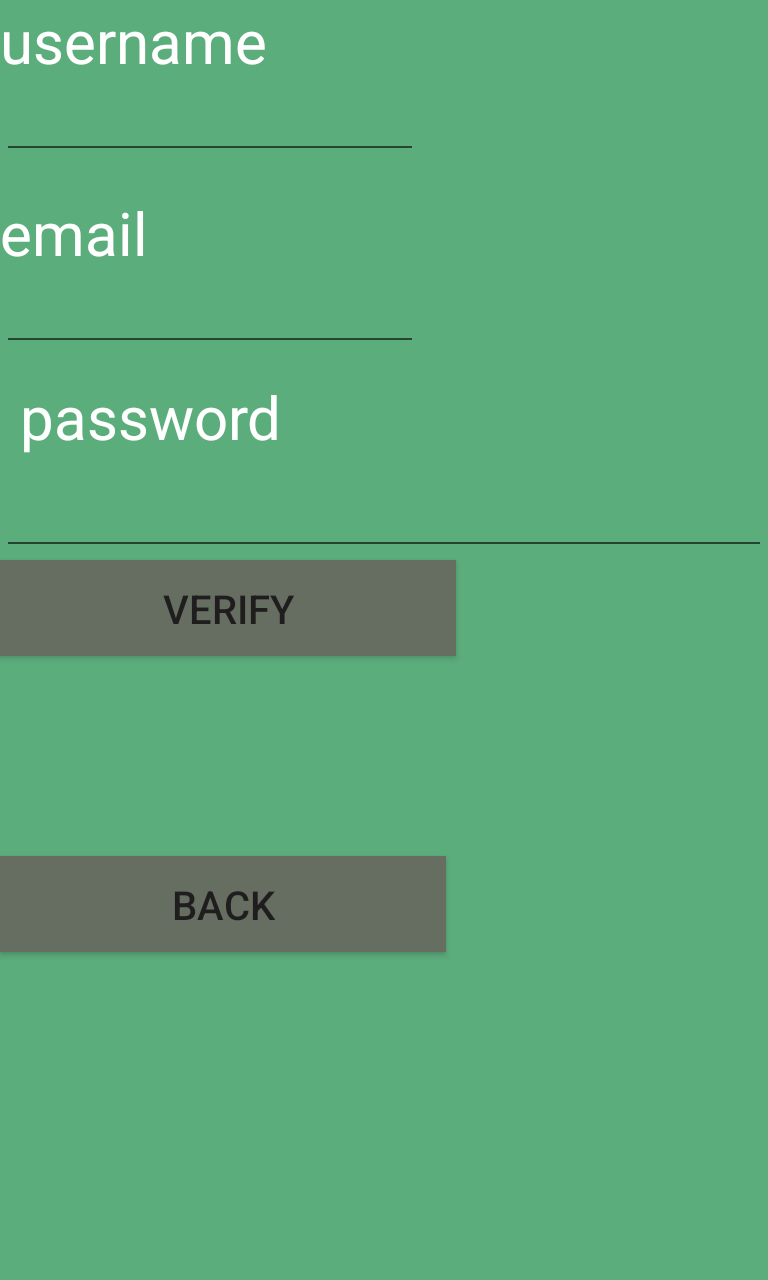
Repository: janemuthoni/icon
Layout: Exam/res/layout/login.xml
These files come from the project's save history. The layout is drawn as it stood at one moment and after the next save; the edit follows.
It is drawn on a 768 x 1280 px phone screen (xhdpi) without system bars, with theme AppTheme; the app's code is not run.

Above is the layout before, as saved 2014-08-07 08:36:17.

### Exam/res/layout/login.xml
<?xml version="1.0" encoding="utf-8"?>
<LinearLayout xmlns:android="http://schemas.android.com/apk/res/android"
    android:layout_width="match_parent"
    android:layout_height="match_parent"
    android:orientation="vertical"
    android:background="@color/cyan">
     <TextView
           android:id="@+id/username"
           android:layout_width="wrap_content"
           android:layout_height="wrap_content"
           android:text="@string/Username"
           android:textSize="30sp"
           android:textColor="@color/white" />

       <EditText
           android:id="@+id/editText2"
           android:layout_width="wrap_content"
           android:layout_height="wrap_content"
           android:ems="10"
           android:inputType="textPersonName" />

       <TextView
           android:id="@+id/email"
           android:text="@string/email"
           android:textColor="@color/white"
           android:layout_width="wrap_content"
           android:layout_height="wrap_content"
           android:layout_marginTop="14dp"
           android:textSize="30sp" />

       <EditText
           android:id="@+id/editText4"
           android:layout_width="wrap_content"
           android:layout_height="wrap_content"
           android:ems="10"
           android:inputType="textEmailAddress" />

   <TextView
     android:id="@+id/password"
     android:layout_width="wrap_content"
     android:layout_height="wrap_content"
     android:text="@string/password"
     android:textSize="30sp"
     android:textColor="@color/white"
     android:layout_margin="10dp"/>

      <EditText
     android:id="@+id/editText1"
     android:layout_width="match_parent"
     android:layout_height="wrap_content"
     android:ems="10"
     android:inputType="textPassword" />

      <Button
          android:id="@+id/buttonverify"
          android:layout_width="228dp"
          android:layout_height="wrap_content"
          android:text="@string/buttonverify"
          android:textColor="@color/black"
          android:textSize="20sp"
          android:background="@color/darkgrey"/>

      <Button
          android:id="@+id/buttonback"
          android:layout_width="223dp"
          android:layout_height="wrap_content"
          android:background="@color/darkgrey"
          android:text="@string/buttonback"
          android:textColor="@color/black"
          android:textSize="20sp"
          android:layout_marginTop="100dp" />

</LinearLayout>

### Exam/res/values/color.xml
<?xml version="1.0" encoding="utf-8"?>
<resources>
     <color name="grey">#A49F99</color>
      <color name="blue">#170674</color>
      <color name="green">#C81B1B</color>
      <color name="lightgreen">#7FDC33</color>
      <color name="darkgrey">#666D61</color>
      <color name="white">#FFFFFF</color>
      <color name="black">#1F1D1D</color>
      <color name="pink">#E1FBA2F7</color>
      <color name="lightgrey">#EBE0E3</color>
      <color name="cyan">#5CAD7C</color>
      <color name="greengrass">#08893C</color>
      <color name="yellow">#FDFF4F</color>
      <color name="violet">#7D0E2F</color>


</resources>

### Exam/res/values/strings.xml
<?xml version="1.0" encoding="utf-8"?>
<resources>

    <string name="app_name">Exam</string>
    <string name="hello_world">Hello world!</string>
    <string name="action_settings">Settings</string>
    <string name="firstname">firstname</string>
    <string name="email">email</string>
    <string name="verify">verify</string>
    <string name="password">password</string>
    <string name="Username">username</string>
    <string name="buttonregister">Register</string>
    <string name="buttonLogin">Login</string>
    <string name="buttonback">back</string>
    <string name="buttonverify">Verify</string>
    <string name="btndisplay">display</string>
    <string name="title_activity_register">RegisterActivity</string>
    <string name="title_activity_main">MainActivity</string>
    <string name="title_activity_welcome">WelcomeActivity</string>

</resources>

Loaded but not shown: Exam/res/values/styles.xml (common file); Exam/res/values-v11/styles.xml (common file); Exam/res/values-v14/styles.xml (common file)

After the next save:
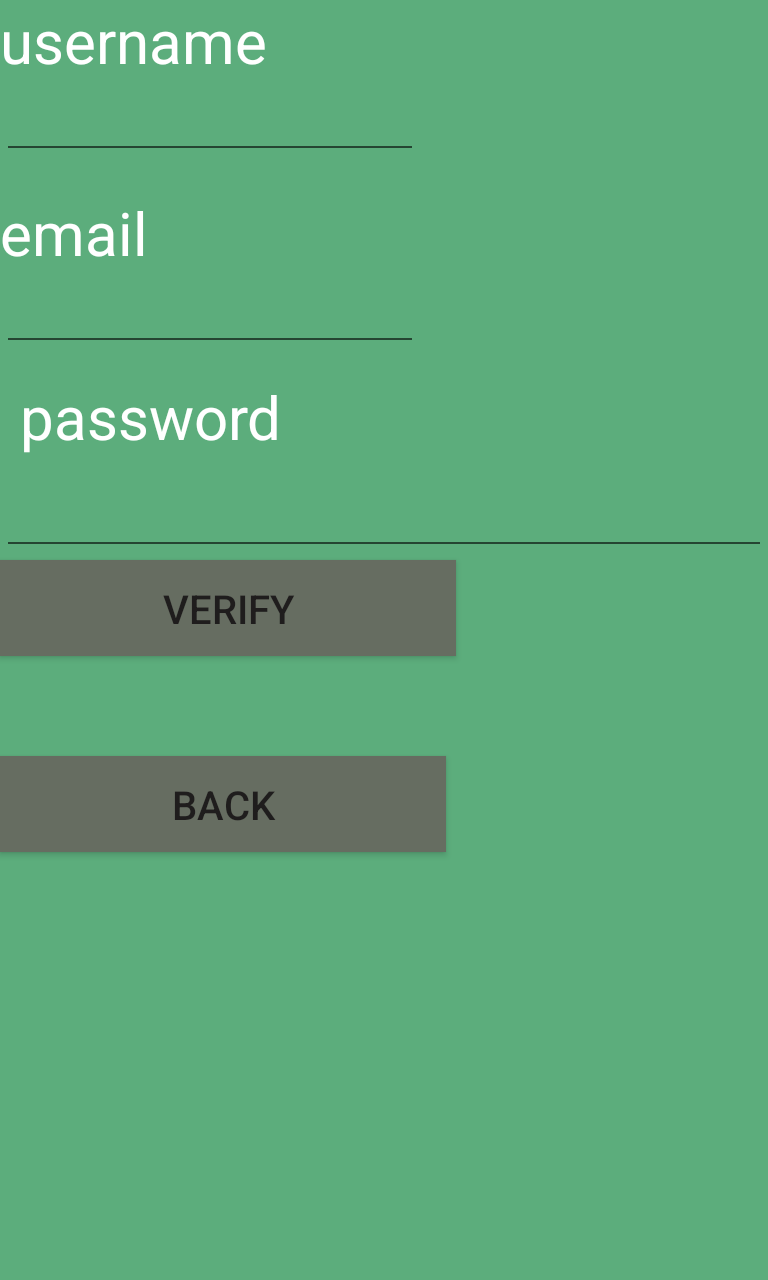
Saved 10 s later.
--- a/Exam/res/layout/login.xml
+++ b/Exam/res/layout/login.xml
@@ -68,6 +68,6 @@
           android:text="@string/buttonback"
           android:textColor="@color/black"
           android:textSize="20sp"
-          android:layout_marginTop="100dp" />
+          android:layout_marginTop="50dp" />
 
 </LinearLayout>
